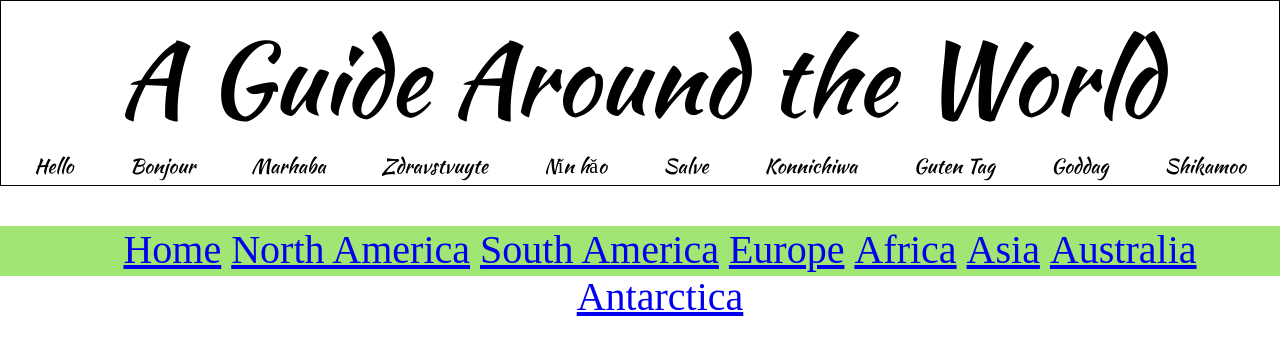
Repository: alharama/StaticWebsite
Page: index.html
The author's editor kept a copy of each file at every save. The page is drawn from the files as they stood at one save, then again after the next save.
The browser window is 1280 px wide. The pictures show the whole page.

Above is the page before, as saved 2021-09-20 21:03:21.

After the next save:
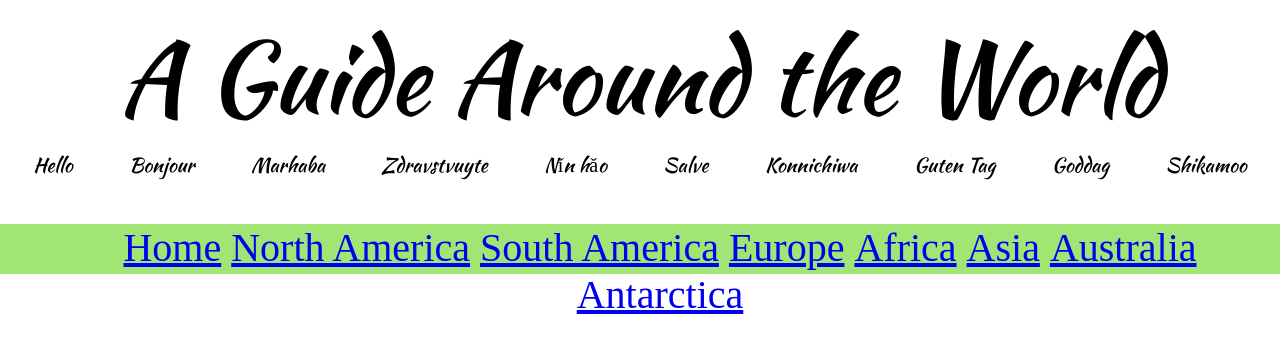
Saved 22 s later.
--- a/index.html
+++ b/index.html
@@ -13,7 +13,7 @@
             padding: 5px;
             font-family: 'Kaushan Script', cursive;
             font-size: 100px;
-            border: 1px solid;
+            border: 1px 0 0 0 solid;
 
 
 

After the 4 saves that followed:
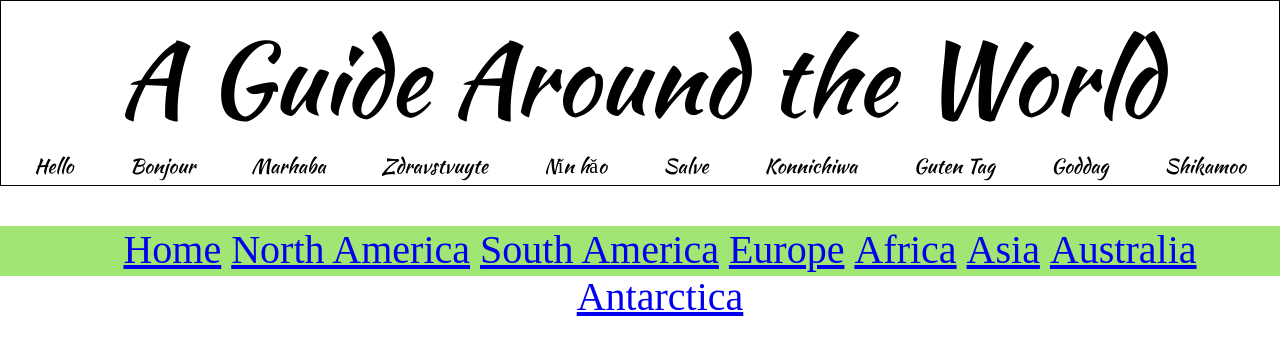
The 4 saves are shown as one change because 3 left the picture as it was.
The last was saved 22 s later.
--- a/index.html
+++ b/index.html
@@ -13,7 +13,7 @@
             padding: 5px;
             font-family: 'Kaushan Script', cursive;
             font-size: 100px;
-            border: 1px 0 0 0 solid;
+            border: 1px solid;
 
 
 
